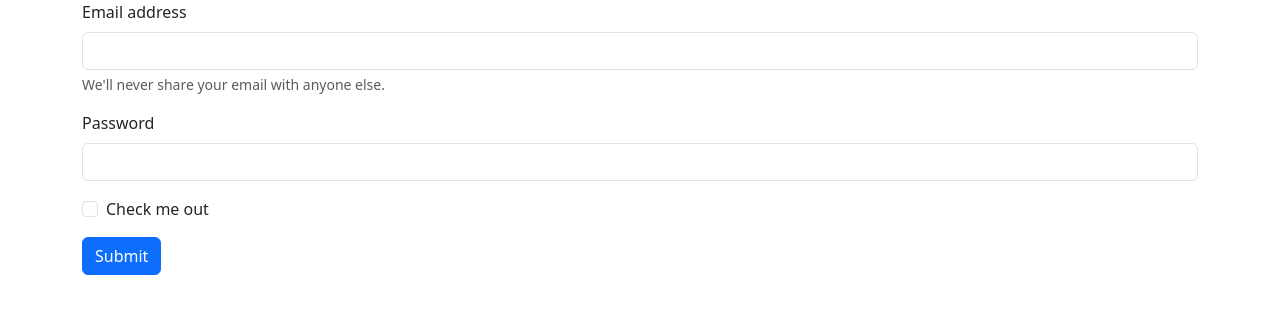
Repository: satvikagrasani/Spring-WorkSpace
Page: http://localhost/Project1/
The author's editor kept a copy of each file at every save. The page is drawn from the files as they stood at one save, then again after the next save.
The browser window is 1280 px wide. The pictures show the whole page.
The page is served by Tomcat 9. Other server files are loaded and not shown.

Above is the page before, as saved 2023-08-23 10:05:32.

### SpringMVC/Project/Project1/src/main/webapp/index.jsp
<%@ page language="java" contentType="text/html; charset=ISO-8859-1"
    pageEncoding="ISO-8859-1"%>
<!doctype html>
<html lang="en">
  <head>
    <meta charset="utf-8">
    <meta name="viewport" content="width=device-width, initial-scale=1">
    <title>Bootstrap demo</title>
    <link href="https://cdn.jsdelivr.net/npm/bootstrap@5.3.1/dist/css/bootstrap.min.css" rel="stylesheet" integrity="sha384-4bw+/aepP/YC94hEpVNVgiZdgIC5+VKNBQNGCHeKRQN+PtmoHDEXuppvnDJzQIu9" crossorigin="anonymous">
  </head>
  <body>

    <div class="container">
      <form>
		  <div class="mb-3">
		    <label for="exampleInputEmail1" class="form-label">Email address</label>
		    <input type="email" class="form-control" id="exampleInputEmail1" aria-describedby="emailHelp">
		    <div id="emailHelp" class="form-text">We'll never share your email with anyone else.</div>
		  </div>
		  <div class="mb-3">
		    <label for="exampleInputPassword1" class="form-label">Password</label>
		    <input type="password" class="form-control" id="exampleInputPassword1">
		  </div>
		  <div class="mb-3 form-check">
		    <input type="checkbox" class="form-check-input" id="exampleCheck1">
		    <label class="form-check-label" for="exampleCheck1">Check me out</label>
		  </div>
		  <button type="submit" class="btn btn-primary">Submit</button>
		</form>
    </div>

    <script src="https://cdn.jsdelivr.net/npm/bootstrap@5.3.1/dist/js/bootstrap.bundle.min.js" integrity="sha384-HwwvtgBNo3bZJJLYd8oVXjrBZt8cqVSpeBNS5n7C8IVInixGAoxmnlMuBnhbgrkm" crossorigin="anonymous"></script>
  </body>
</html>

After the next save:
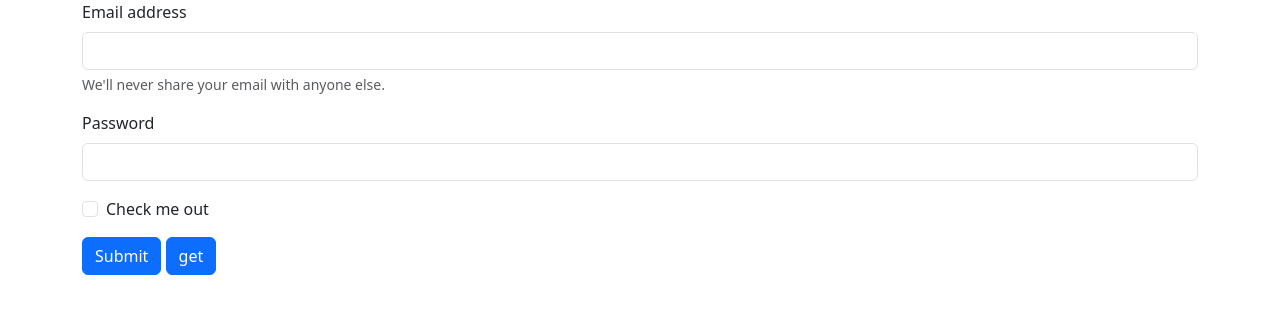
Saved 46 s later.
--- a/SpringMVC/Project/Project1/src/main/webapp/index.jsp
+++ b/SpringMVC/Project/Project1/src/main/webapp/index.jsp
@@ -25,7 +25,10 @@
 		    <input type="checkbox" class="form-check-input" id="exampleCheck1">
 		    <label class="form-check-label" for="exampleCheck1">Check me out</label>
 		  </div>
+		  <div class="mb-3">
 		  <button type="submit" class="btn btn-primary">Submit</button>
+		  <button type="submit" class="btn btn-primary">get</button>
+		  </div>
 		</form>
     </div>
 
